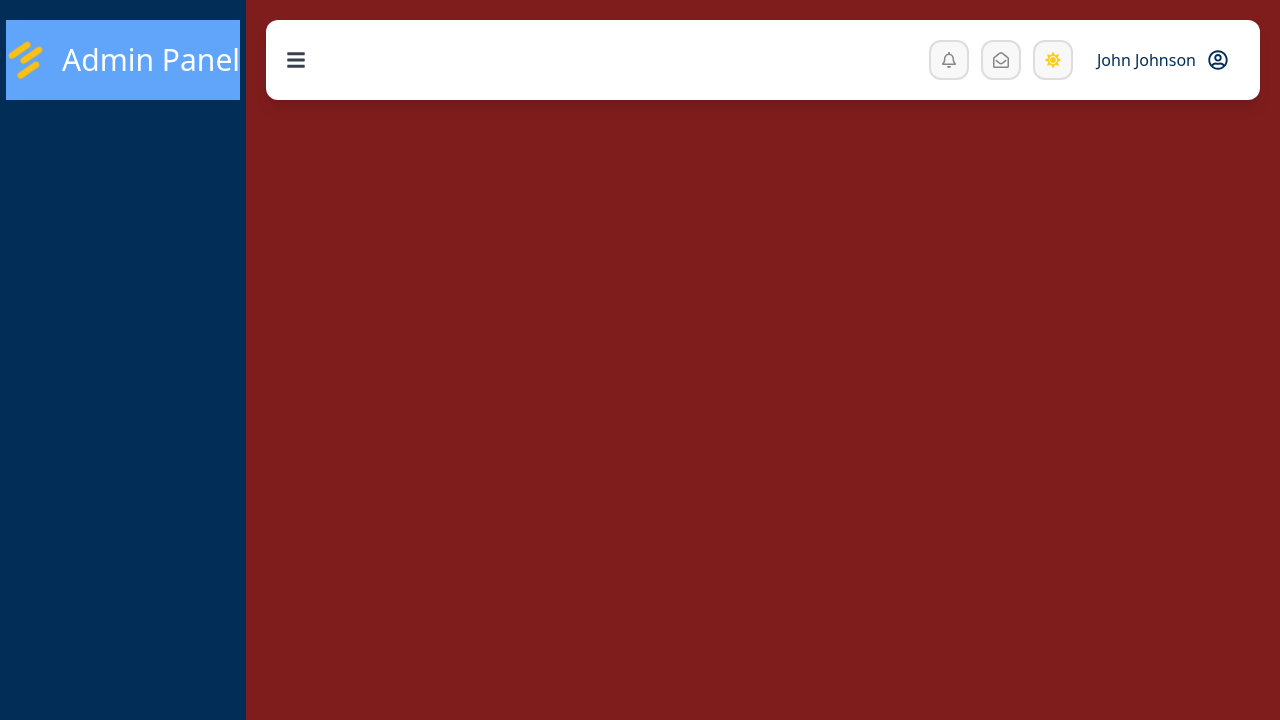
Repository: farrelmuhammad/redesign-bo
Page: /
These files come from the project's save history. The page is drawn as it stood at one moment and after the next save; the edit follows.
The browser window is 1280 px wide. The pictures show the whole page.
The project was rebuilt for these pictures with package versions that can differ from the ones it lists, and the page was loaded fresh each time. Also part of the build but not shown: src/App.css.

Above is the page before, as saved 2024-03-02 19:37:14.

### src/App.tsx
import React from 'react';
import logo from './logo.svg';
import './App.css';
import Navbar from './components/Navbar';
import Sidebar from './components/Sidebar';

function App() {
  return (
    <section className='bg-red-900 h-screen w-screen flex font-poppins text-white'>
      <Sidebar />
      <Navbar />
    </section>
  );
}

export default App;

### src/components/Navbar.tsx
import React from 'react'
import { FaBars, FaMoon, FaRegBell, FaRegEnvelopeOpen, FaRegUserCircle, FaSun } from "react-icons/fa";

const Navbar = () => {
    return (
        <nav className='bg-white h-20 w-full flex flex-row justify-between items-center px-5 m-5 rounded-xl shadow-lg'>
            <div className="flex flex-1 justify-start items-center">
                <button className='text-xl text-gray-700 hover:text-black'>
                    <FaBars />
                </button>
            </div>
            <div className="flex flex-1 flex-row gap-3 justify-end items-end">
                <button className='flex justify-center items-center h-10 w-10 text-[#868686] bg-[#F8F8F8] rounded-xl border-[2px] border-[#DDDDDD] hover:border-gray-500 hover:text-gray-500'>
                    <FaRegBell />
                </button>
                <button className='flex justify-center items-center h-10 w-10 text-[#868686] bg-[#F8F8F8] rounded-xl border-[2px] border-[#DDDDDD] hover:border-gray-500 hover:text-gray-500'>
                    <FaRegEnvelopeOpen />
                </button>
                <button className='flex justify-center items-center h-10 w-10 rounded-xl border-[2px] border-[#DDDDDD] bg-[#F8F8F8] text-yellow-400 hover:border-gray-500 hover:text-yellow-500'>
                    <FaSun />
                    {/* <FaMoon /> */}
                </button>
                <button className='flex flex-row justify-center items-center py-2 px-3 gap-3 text-[#022D57] hover:text-[#1e183a]'>
                    John Johnson <FaRegUserCircle className='text-xl' />
                </button>
            </div>
        </nav>
    )
}

export default Navbar

### src/components/Sidebar.tsx
import React from 'react'
import Logo from '../assets/images/Logo.png'

const Sidebar = () => {
  return (
    <aside className='flex flex-col h-full w-1/4 justify-start items-center bg-[#022D57] py-5'>
        <div className="flex flex-row h-20 justify-start gap-4 items-center bg-blue-400">
            <img className="h-10 w-10" src={Logo} alt="" />
            <h1 className='text-3xl'>Admin Panel</h1>
        </div>
    </aside>
  )
}

export default Sidebar

Loaded but not shown: public/index.html (common file); src/index.tsx (common file); src/index.css (common file); src/reportWebVitals.ts (common file); tailwind.config.js (common file)

After the next save:
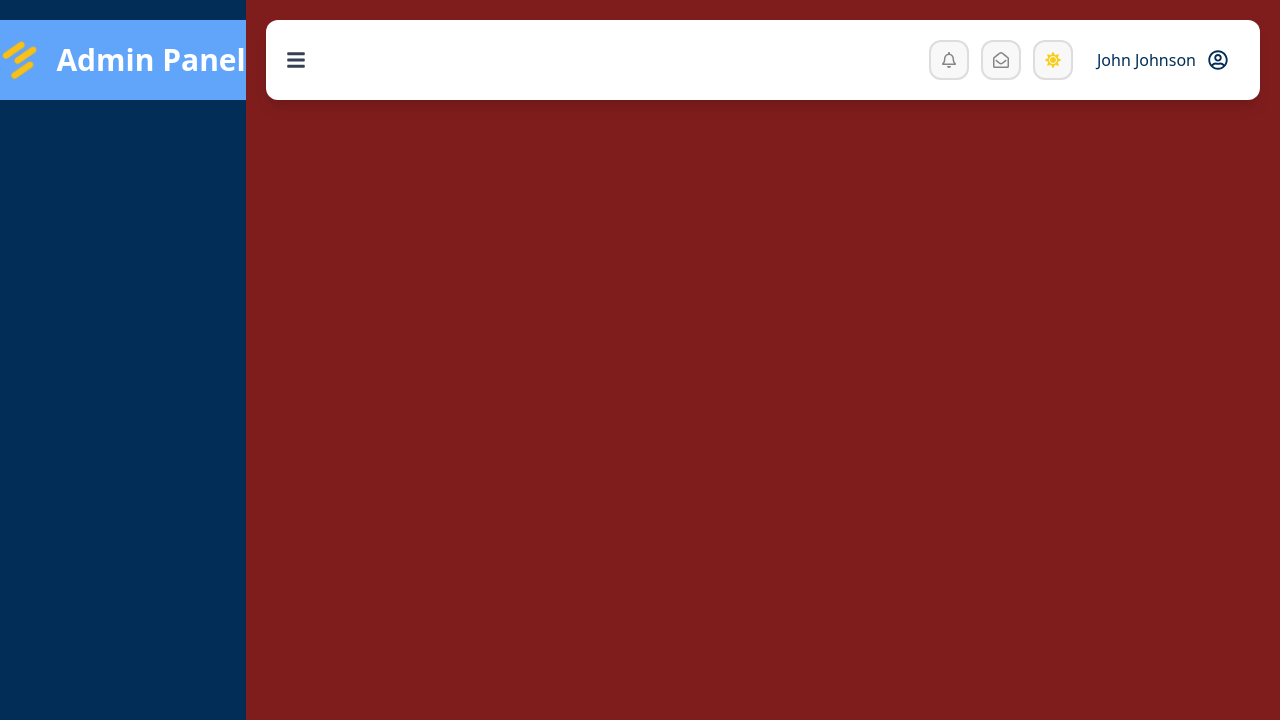
Saved 10 s later.
--- a/src/components/Sidebar.tsx
+++ b/src/components/Sidebar.tsx
@@ -6,7 +6,7 @@ const Sidebar = () => {
     <aside className='flex flex-col h-full w-1/4 justify-start items-center bg-[#022D57] py-5'>
         <div className="flex flex-row h-20 justify-start gap-4 items-center bg-blue-400">
             <img className="h-10 w-10" src={Logo} alt="" />
-            <h1 className='text-3xl'>Admin Panel</h1>
+            <h1 className='font-bold text-3xl'>Admin Panel</h1>
         </div>
     </aside>
   )
